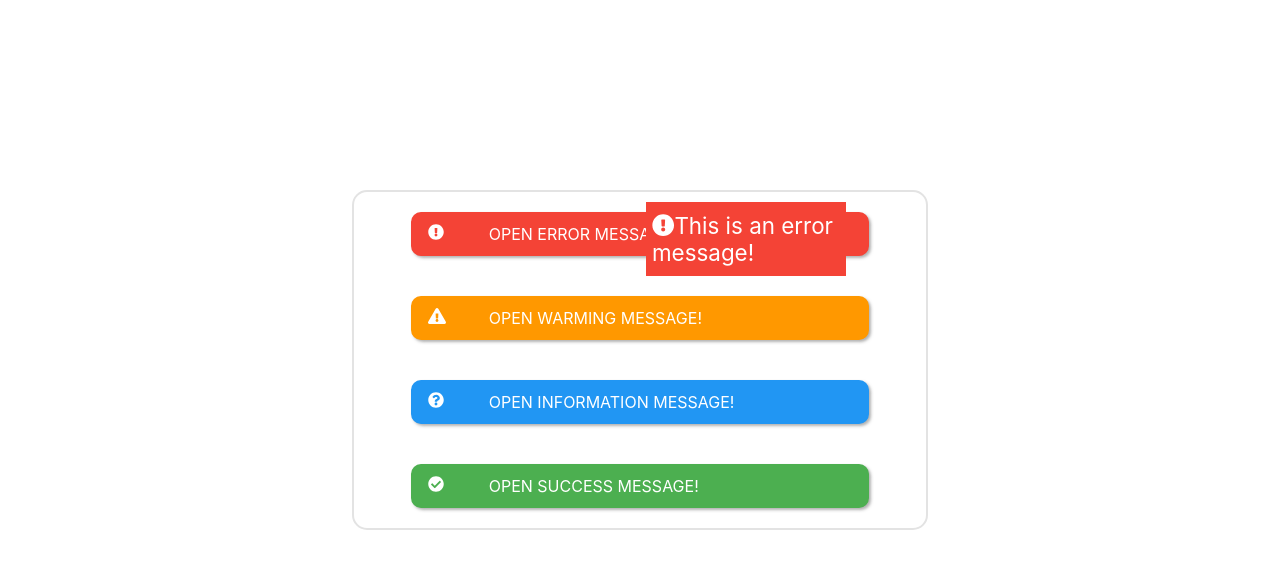
Repository: KrzysKolo/sr_tydzien5_zad2
Page: /, after clicking the first element matching `div.btn`
The author's editor kept a copy of each file at every save. The page is drawn from the files as they stood at one save, then again after the next save.
The browser window is 1280 px wide. The pictures show the whole page.
The project was rebuilt for these pictures with package versions that can differ from the ones it lists, and the page was loaded fresh each time.

Above is the page before, as saved 2020-12-28 04:12:06.

### public/index.html
<!DOCTYPE html>
<html lang="en">
  <head>
    <meta charset="utf-8" />
    <link rel="icon" href="%PUBLIC_URL%/favicon.ico" />
    <meta name="viewport" content="width=device-width, initial-scale=1" />
    <meta name="theme-color" content="#000000" />
    <meta
      name="description"
      content="Web site created using create-react-app"
    />
    <link rel="apple-touch-icon" href="%PUBLIC_URL%/logo192.png" />
    <!--
      manifest.json provides metadata used when your web app is installed on a
      user's mobile device or desktop. See https://developers.google.com/web/fundamentals/web-app-manifest/
    -->
    <link rel="manifest" href="%PUBLIC_URL%/manifest.json" />
    <!--
      Notice the use of %PUBLIC_URL% in the tags above.
      It will be replaced with the URL of the `public` folder during the build.
      Only files inside the `public` folder can be referenced from the HTML.

      Unlike "/favicon.ico" or "favicon.ico", "%PUBLIC_URL%/favicon.ico" will
      work correctly both with client-side routing and a non-root public URL.
      Learn how to configure a non-root public URL by running `npm run build`.
    -->
    <title>Zad 2 - snackbar</title>
  </head>
  <body>
    <noscript>You need to enable JavaScript to run this app.</noscript>
    <div id="root"></div>
    <!--
      This HTML file is a template.
      If you open it directly in the browser, you will see an empty page.

      You can add webfonts, meta tags, or analytics to this file.
      The build step will place the bundled scripts into the <body> tag.

      To begin the development, run `npm start` or `yarn start`.
      To create a production bundle, use `npm run build` or `yarn build`.
    -->
  </body>
</html>

### src/App.js
import React from 'react';
import Buttons from './components/Buttons';
import './App.css';
const App = () => {
  return (
    <div className="wrapper--btn">
      <Buttons />
    </div>
  )
}

export default App;

### src/components/Buttons.js
import React from 'react';
import ButtonsData from './../data/ButtonsData';
import Button from './Button';


const Buttons = () => {

    return (
        <>
            {ButtonsData.map(button =>
                <Button key={button.id} data={button} />
            )}

        </>
    )
}

export default Buttons;

### src/App.css
* {
  box-sizing: border-box;
  margin: 0;
  position: relative;
}
body {
  width: 100vw;
  height: 100vh;
  display: flex;
  flex-direction: row;
  justify-content: center;
  align-items: center;
  position: relative;
}
.wrapper--btn {
  border: 2px solid #e3e3e3;
  border-radius: 15px;
  width: 45vw;
  display: flex;
  flex-direction: column;
  justify-content: center;
  align-items: center;
}
.btn {
  border-radius: 10px;
  color: rgb(240, 239, 244);
  cursor: pointer;
  outline: none;
  padding: 10px 15px;
  margin: 20px;
  width: 80%;
  display: grid;
  grid-template-columns: 0.5fr 3fr;
  box-shadow: 2px 2px 3px rgba(102, 102, 102, 0.5);
  transition: all 0.3s ease-in-out;
}
.snackbar {
  position: absolute;
  font-size: 1.4rem;
  width: 200px;
  padding: 10px 6px;
}
.error {
  color: white;
  background: rgb(244, 67, 54);
}

.success {
  color: rgb(124, 0, 0);
  background: rgb(76, 175, 80);
}
.information {
  color: yellow;
  background: rgb(33, 150, 243);
}

.warning {
  background: rgb(255, 152, 0);
  color: black;
}
.top-right {
  position: absolute;
  top: 10px;
  right: 80px;
}

### src/data/ButtonsData.js
const ButtonsData = [
    {
      id: 0,
      name: "OPEN ERROR MESSAGE!",
      color: "rgb(244, 67, 54)",
      icon: "faExclamationCircle",
      type: "error",
      message: "This is an error message!",
    },
    {
      id: 1,
      name: "OPEN WARMING MESSAGE!",
      color: "rgb(255, 152, 0)",
      icon: "faExclamationTriangle",
      type: "warning",
      message: "This is a warning message!",
    },
    {
      id: 2,
      name: "OPEN INFORMATION MESSAGE!",
      color: "rgb(33, 150, 243)",
      icon: "faQuestionCircle",
      type: "information",
      message: "This is an information message!",
    },
    {
      id: 3,
      name: "OPEN SUCCESS MESSAGE!",
      color: "rgb(76, 175, 80)",
      icon: "faCheckCircle",
      type: "success",
      message: "This is a success message!",
    },

  ]
 export default ButtonsData;

### src/components/Button.js
import React, { useState } from 'react';
import Icons from './Icons';
import Snackbar from './Snackbar';


const Button = ({data } ) => {

    const [isHover, setIsHover] = useState(false);
    const OutStyle = {
        border: `2px solid ${data.color}`,
        background: data.color,
        color: "#fff",
      };

      const OverStyle = {
        border: `2px solid ${data.color}`,
        backgroundColor: "#fff",
        color: data.color,

      };
    const [shownSnackbar, setShownSnackbar] = useState(false);
    const handleClick = () => {

        setShownSnackbar(true);

    };
    return (
        <>

        <div className="btn"
        /* onClick={() => switchFunction(event)} */
        onClick={handleClick}
        style={isHover ? OverStyle : OutStyle}
        onMouseOver={() => setIsHover(true)}
        onMouseOut={() => setIsHover(false)}>
            <Icons icon={data.icon}/>
             {data.name}
        </div>
        {shownSnackbar && <Snackbar type={data.type} position={"top-right"} message={data.message} icon={data.icon} />}
        </>
    )
}

export default Button;

### src/components/Icons.js
import React from 'react';
import { FontAwesomeIcon } from '@fortawesome/react-fontawesome';
import { faCheckCircle, faQuestionCircle, faExclamationTriangle, faExclamationCircle } from '@fortawesome/free-solid-svg-icons';

const Icons = ({icon}) => {

        switch (icon) {
            case 'faExclamationCircle': return <FontAwesomeIcon icon={faExclamationCircle} />;
            case 'faExclamationTriangle': return <FontAwesomeIcon icon={faExclamationTriangle} />;
            case 'faQuestionCircle': return <FontAwesomeIcon icon={faQuestionCircle} />;
            case 'faCheckCircle': return <FontAwesomeIcon icon={faCheckCircle} />;
            default: return null;
            }



}

export default Icons;

### src/components/Snackbar.js
import React from 'react';
import Icons from './Icons';
const Snackbar = ({type, message, icon, position}) => {
    return (
        <div className={`snackbar ${type} ${position}`}>
           <Icons icon={icon} />{message}
        </div>
    )
}

export default Snackbar

Loaded but not shown: src/index.js (common file); src/index.css (common file)

After the next save:
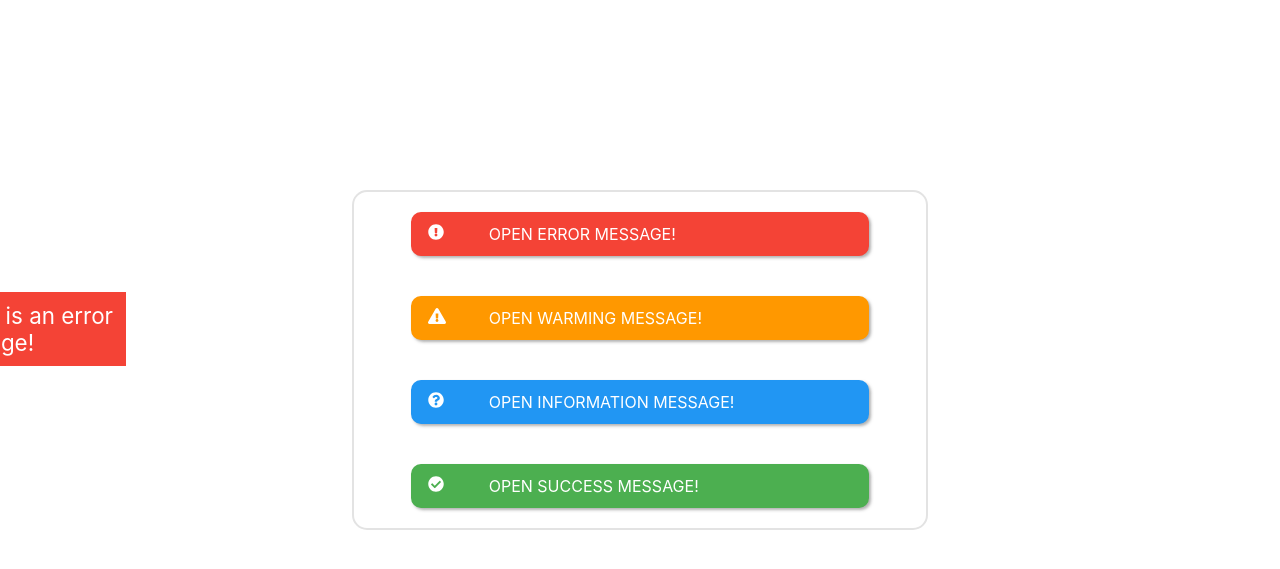
Saved 42 s later.
--- a/src/App.css
+++ b/src/App.css
@@ -60,6 +60,6 @@ body {
 }
 .top-right {
   position: absolute;
-  top: 10px;
-  right: 80px;
+  top: 100px;
+  right: 800px;
 }
